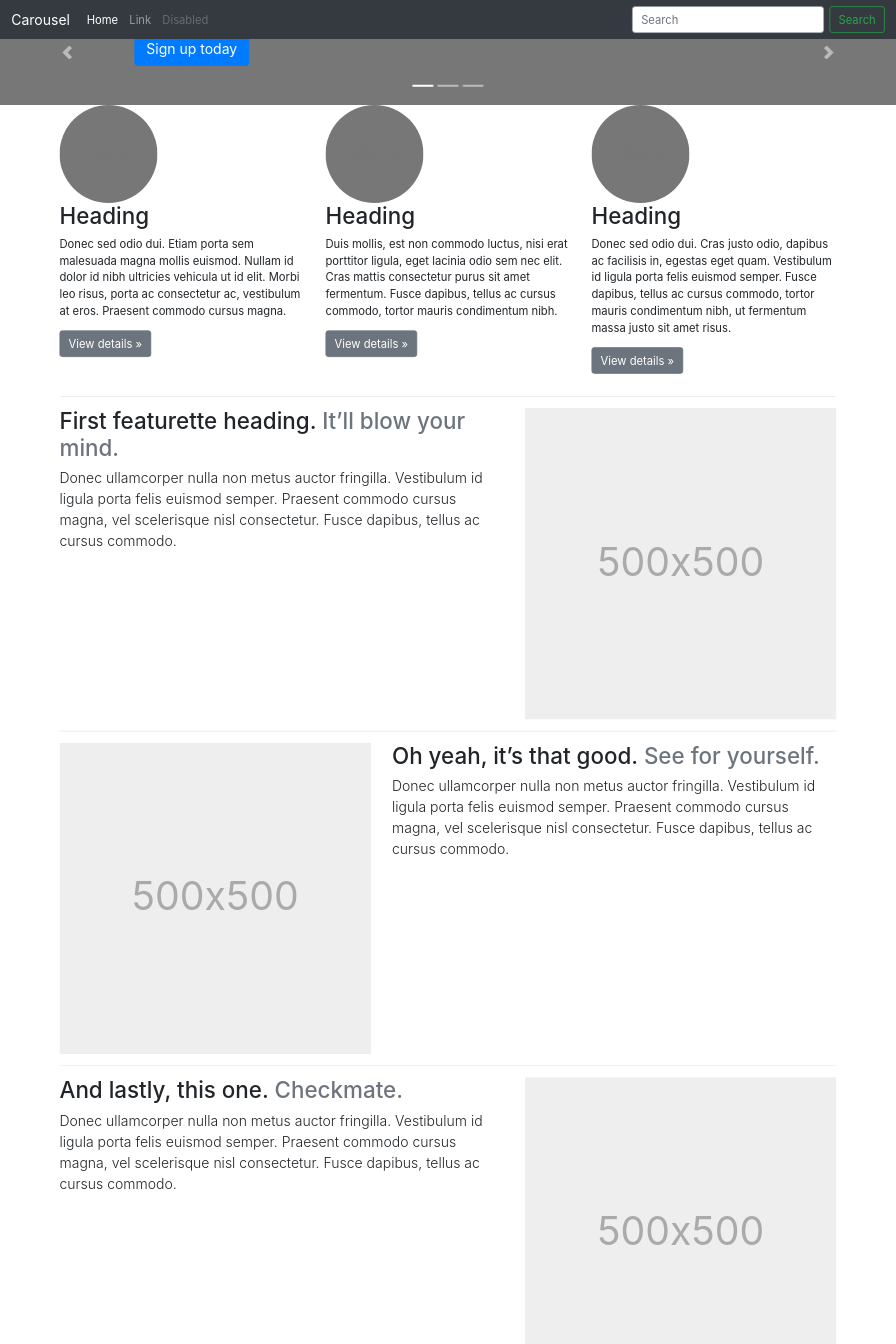
Repository: rokambol/bike-roots
Page: index.html
The author's editor kept a record of every edit. The page is drawn from the files as they stood at one moment, then again after the next edit.
The browser window is 1280 px wide. The pictures show the part of the page from y = 0 to 1920 px (the page is 2057 px tall before and 3139 px after), at 70% of full size.

Above is the page before.
Console error: TypeError: Cannot read properties of undefined (reading 'fn')
Not found: carousel.css

### index.html

<!doctype html>
<html lang="en">
  <head>
    <meta charset="utf-8">
    <meta name="viewport" content="width=device-width, initial-scale=1, shrink-to-fit=no">
    <meta name="description" content="">
    <meta name="author" content="Mark Otto, Jacob Thornton, and Bootstrap contributors">
    <meta name="generator" content="Jekyll v3.8.5">
    <title>Carousel Template · Bootstrap</title>



    <!-- Bootstrap core CSS -->
<link href="https://stackpath.bootstrapcdn.com/bootstrap/4.3.1/css/bootstrap.min.css" rel="stylesheet" integrity="sha384-ggOyR0iXCbMQv3Xipma34MD+dH/1fQ784/j6cY/iJTQUOhcWr7x9JvoRxT2MZw1T" crossorigin="anonymous">


    <style>
      .bd-placeholder-img {
        font-size: 1.125rem;
        text-anchor: middle;
        -webkit-user-select: none;
        -moz-user-select: none;
        -ms-user-select: none;
        user-select: none;
      }

      @media (min-width: 768px) {
        .bd-placeholder-img-lg {
          font-size: 3.5rem;
        }
      }
    </style>
    <!-- Custom styles for this template -->
    <link href="carousel.css" rel="stylesheet">
  </head>
  <body>
    <header>
  <nav class="navbar navbar-expand-md navbar-dark fixed-top bg-dark">
    <a class="navbar-brand" href="#">Carousel</a>
    <button class="navbar-toggler" type="button" data-toggle="collapse" data-target="#navbarCollapse" aria-controls="navbarCollapse" aria-expanded="false" aria-label="Toggle navigation">
      <span class="navbar-toggler-icon"></span>
    </button>
    <div class="collapse navbar-collapse" id="navbarCollapse">
      <ul class="navbar-nav mr-auto">
        <li class="nav-item active">
          <a class="nav-link" href="#">Home <span class="sr-only">(current)</span></a>
        </li>
        <li class="nav-item">
          <a class="nav-link" href="#">Link</a>
        </li>
        <li class="nav-item">
          <a class="nav-link disabled" href="#">Disabled</a>
        </li>
      </ul>
      <form class="form-inline mt-2 mt-md-0">
        <input class="form-control mr-sm-2" type="text" placeholder="Search" aria-label="Search">
        <button class="btn btn-outline-success my-2 my-sm-0" type="submit">Search</button>
      </form>
    </div>
  </nav>
</header>

<main role="main">

  <div id="myCarousel" class="carousel slide" data-ride="carousel">
    <ol class="carousel-indicators">
      <li data-target="#myCarousel" data-slide-to="0" class="active"></li>
      <li data-target="#myCarousel" data-slide-to="1"></li>
      <li data-target="#myCarousel" data-slide-to="2"></li>
    </ol>
    <div class="carousel-inner">
      <div class="carousel-item active">
        <svg class="bd-placeholder-img" width="100%" height="100%" xmlns="http://www.w3.org/2000/svg" preserveAspectRatio="xMidYMid slice" focusable="false" role="img"><rect width="100%" height="100%" fill="#777"/></svg>
        <div class="container">
          <div class="carousel-caption text-left">
            <h1>Example headline.</h1>
            <p>Cras justo odio, dapibus ac facilisis in, egestas eget quam. Donec id elit non mi porta gravida at eget metus. Nullam id dolor id nibh ultricies vehicula ut id elit.</p>
            <p><a class="btn btn-lg btn-primary" href="#" role="button">Sign up today</a></p>
          </div>
        </div>
      </div>
      <div class="carousel-item">
        <svg class="bd-placeholder-img" width="100%" height="100%" xmlns="http://www.w3.org/2000/svg" preserveAspectRatio="xMidYMid slice" focusable="false" role="img"><rect width="100%" height="100%" fill="#777"/></svg>
        <div class="container">
          <div class="carousel-caption">
            <h1>Another example headline.</h1>
            <p>Cras justo odio, dapibus ac facilisis in, egestas eget quam. Donec id elit non mi porta gravida at eget metus. Nullam id dolor id nibh ultricies vehicula ut id elit.</p>
            <p><a class="btn btn-lg btn-primary" href="#" role="button">Learn more</a></p>
          </div>
        </div>
      </div>
      <div class="carousel-item">
        <svg class="bd-placeholder-img" width="100%" height="100%" xmlns="http://www.w3.org/2000/svg" preserveAspectRatio="xMidYMid slice" focusable="false" role="img"><rect width="100%" height="100%" fill="#777"/></svg>
        <div class="container">
          <div class="carousel-caption text-right">
            <h1>One more for good measure.</h1>
            <p>Cras justo odio, dapibus ac facilisis in, egestas eget quam. Donec id elit non mi porta gravida at eget metus. Nullam id dolor id nibh ultricies vehicula ut id elit.</p>
            <p><a class="btn btn-lg btn-primary" href="#" role="button">Browse gallery</a></p>
          </div>
        </div>
      </div>
    </div>
    <a class="carousel-control-prev" href="#myCarousel" role="button" data-slide="prev">
      <span class="carousel-control-prev-icon" aria-hidden="true"></span>
      <span class="sr-only">Previous</span>
    </a>
    <a class="carousel-control-next" href="#myCarousel" role="button" data-slide="next">
      <span class="carousel-control-next-icon" aria-hidden="true"></span>
      <span class="sr-only">Next</span>
    </a>
  </div>


  <!-- Marketing messaging and featurettes
  ================================================== -->
  <!-- Wrap the rest of the page in another container to center all the content. -->

  <div class="container marketing">

    <!-- Three columns of text below the carousel -->
    <div class="row">
      <div class="col-lg-4">
        <svg class="bd-placeholder-img rounded-circle" width="140" height="140" xmlns="http://www.w3.org/2000/svg" preserveAspectRatio="xMidYMid slice" focusable="false" role="img" aria-label="Placeholder: 140x140"><title>Placeholder</title><rect width="100%" height="100%" fill="#777"/><text x="50%" y="50%" fill="#777" dy=".3em">140x140</text></svg>
        <h2>Heading</h2>
        <p>Donec sed odio dui. Etiam porta sem malesuada magna mollis euismod. Nullam id dolor id nibh ultricies vehicula ut id elit. Morbi leo risus, porta ac consectetur ac, vestibulum at eros. Praesent commodo cursus magna.</p>
        <p><a class="btn btn-secondary" href="#" role="button">View details &raquo;</a></p>
      </div><!-- /.col-lg-4 -->
      <div class="col-lg-4">
        <svg class="bd-placeholder-img rounded-circle" width="140" height="140" xmlns="http://www.w3.org/2000/svg" preserveAspectRatio="xMidYMid slice" focusable="false" role="img" aria-label="Placeholder: 140x140"><title>Placeholder</title><rect width="100%" height="100%" fill="#777"/><text x="50%" y="50%" fill="#777" dy=".3em">140x140</text></svg>
        <h2>Heading</h2>
        <p>Duis mollis, est non commodo luctus, nisi erat porttitor ligula, eget lacinia odio sem nec elit. Cras mattis consectetur purus sit amet fermentum. Fusce dapibus, tellus ac cursus commodo, tortor mauris condimentum nibh.</p>
        <p><a class="btn btn-secondary" href="#" role="button">View details &raquo;</a></p>
      </div><!-- /.col-lg-4 -->
      <div class="col-lg-4">
        <svg class="bd-placeholder-img rounded-circle" width="140" height="140" xmlns="http://www.w3.org/2000/svg" preserveAspectRatio="xMidYMid slice" focusable="false" role="img" aria-label="Placeholder: 140x140"><title>Placeholder</title><rect width="100%" height="100%" fill="#777"/><text x="50%" y="50%" fill="#777" dy=".3em">140x140</text></svg>
        <h2>Heading</h2>
        <p>Donec sed odio dui. Cras justo odio, dapibus ac facilisis in, egestas eget quam. Vestibulum id ligula porta felis euismod semper. Fusce dapibus, tellus ac cursus commodo, tortor mauris condimentum nibh, ut fermentum massa justo sit amet risus.</p>
        <p><a class="btn btn-secondary" href="#" role="button">View details &raquo;</a></p>
      </div><!-- /.col-lg-4 -->
    </div><!-- /.row -->


    <!-- START THE FEATURETTES -->

    <hr class="featurette-divider">

    <div class="row featurette">
      <div class="col-md-7">
        <h2 class="featurette-heading">First featurette heading. <span class="text-muted">It’ll blow your mind.</span></h2>
        <p class="lead">Donec ullamcorper nulla non metus auctor fringilla. Vestibulum id ligula porta felis euismod semper. Praesent commodo cursus magna, vel scelerisque nisl consectetur. Fusce dapibus, tellus ac cursus commodo.</p>
      </div>
      <div class="col-md-5">
        <svg class="bd-placeholder-img bd-placeholder-img-lg featurette-image img-fluid mx-auto" width="500" height="500" xmlns="http://www.w3.org/2000/svg" preserveAspectRatio="xMidYMid slice" focusable="false" role="img" aria-label="Placeholder: 500x500"><title>Placeholder</title><rect width="100%" height="100%" fill="#eee"/><text x="50%" y="50%" fill="#aaa" dy=".3em">500x500</text></svg>
      </div>
    </div>

    <hr class="featurette-divider">

    <div class="row featurette">
      <div class="col-md-7 order-md-2">
        <h2 class="featurette-heading">Oh yeah, it’s that good. <span class="text-muted">See for yourself.</span></h2>
        <p class="lead">Donec ullamcorper nulla non metus auctor fringilla. Vestibulum id ligula porta felis euismod semper. Praesent commodo cursus magna, vel scelerisque nisl consectetur. Fusce dapibus, tellus ac cursus commodo.</p>
      </div>
      <div class="col-md-5 order-md-1">
        <svg class="bd-placeholder-img bd-placeholder-img-lg featurette-image img-fluid mx-auto" width="500" height="500" xmlns="http://www.w3.org/2000/svg" preserveAspectRatio="xMidYMid slice" focusable="false" role="img" aria-label="Placeholder: 500x500"><title>Placeholder</title><rect width="100%" height="100%" fill="#eee"/><text x="50%" y="50%" fill="#aaa" dy=".3em">500x500</text></svg>
      </div>
    </div>

    <hr class="featurette-divider">

    <div class="row featurette">
      <div class="col-md-7">
        <h2 class="featurette-heading">And lastly, this one. <span class="text-muted">Checkmate.</span></h2>
        <p class="lead">Donec ullamcorper nulla non metus auctor fringilla. Vestibulum id ligula porta felis euismod semper. Praesent commodo cursus magna, vel scelerisque nisl consectetur. Fusce dapibus, tellus ac cursus commodo.</p>
      </div>
      <div class="col-md-5">
        <svg class="bd-placeholder-img bd-placeholder-img-lg featurette-image img-fluid mx-auto" width="500" height="500" xmlns="http://www.w3.org/2000/svg" preserveAspectRatio="xMidYMid slice" focusable="false" role="img" aria-label="Placeholder: 500x500"><title>Placeholder</title><rect width="100%" height="100%" fill="#eee"/><text x="50%" y="50%" fill="#aaa" dy=".3em">500x500</text></svg>
      </div>
    </div>

    <hr class="featurette-divider">

    <!-- /END THE FEATURETTES -->

  </div><!-- /.container -->


  <!-- FOOTER -->
  <footer class="container">
    <p class="float-right"><a href="#">Back to top</a></p>
    <p>&copy; 2017-2019 Company, Inc. &middot; <a href="#">Privacy</a> &middot; <a href="#">Terms</a></p>
  </footer>
</main>
<script type="text/javascript" src="https://stackpath.bootstrapcdn.com/bootstrap/4.3.1/js/bootstrap.min.js"></script>
<script src="https://code.jquery.com/jquery-3.3.1.slim.min.js" integrity="sha384-q8i/X+965DzO0rT7abK41JStQIAqVgRVzpbzo5smXKp4YfRvH+8abtTE1Pi6jizo" crossorigin="anonymous"></script>
<script src="https://cdnjs.cloudflare.com/ajax/libs/popper.js/1.14.7/umd/popper.min.js" integrity="sha384-UO2eT0CpHqdSJQ6hJty5KVphtPhzWj9WO1clHTMGa3JDZwrnQq4sF86dIHNDz0W1" crossorigin="anonymous"></script>
</body>
</html>

### css/custom.css
/* GLOBAL STYLES
-------------------------------------------------- */
/* Padding below the footer and lighter body text */

body {
  padding-top: 3rem;
  padding-bottom: 3rem;
  color: #5a5a5a;
}


/* CUSTOMIZE THE CAROUSEL
-------------------------------------------------- */

/* Carousel base class */
.carousel {
  margin-bottom: 4rem;
}
/* Since positioning the image, we need to help out the caption */
.carousel-caption {
  bottom: 3rem;
  z-index: 10;
}

/* Declare heights because of positioning of img element */
.carousel-item {
  height: 32rem;
}
.carousel-item > img {
  position: absolute;
  top: 0;
  left: 0;
  min-width: 100%;
  height: 32rem;
}


/* MARKETING CONTENT
-------------------------------------------------- */

/* Center align the text within the three columns below the carousel */
.marketing .col-lg-4 {
  margin-bottom: 1.5rem;
  text-align: center;
}
.marketing h2 {
  font-weight: 400;
}
.marketing .col-lg-4 p {
  margin-right: .75rem;
  margin-left: .75rem;
}


/* Featurettes
------------------------- */

.featurette-divider {
  margin: 5rem 0; /* Space out the Bootstrap <hr> more */
}

/* Thin out the marketing headings */
.featurette-heading {
  font-weight: 300;
  line-height: 1;
  letter-spacing: -.05rem;
}


/* RESPONSIVE CSS
-------------------------------------------------- */

@media (min-width: 40em) {
  /* Bump up size of carousel content */
  .carousel-caption p {
    margin-bottom: 1.25rem;
    font-size: 1.25rem;
    line-height: 1.4;
  }

  .featurette-heading {
    font-size: 50px;
  }
}

@media (min-width: 62em) {
  .featurette-heading {
    margin-top: 7rem;
  }
}

After the next edit:
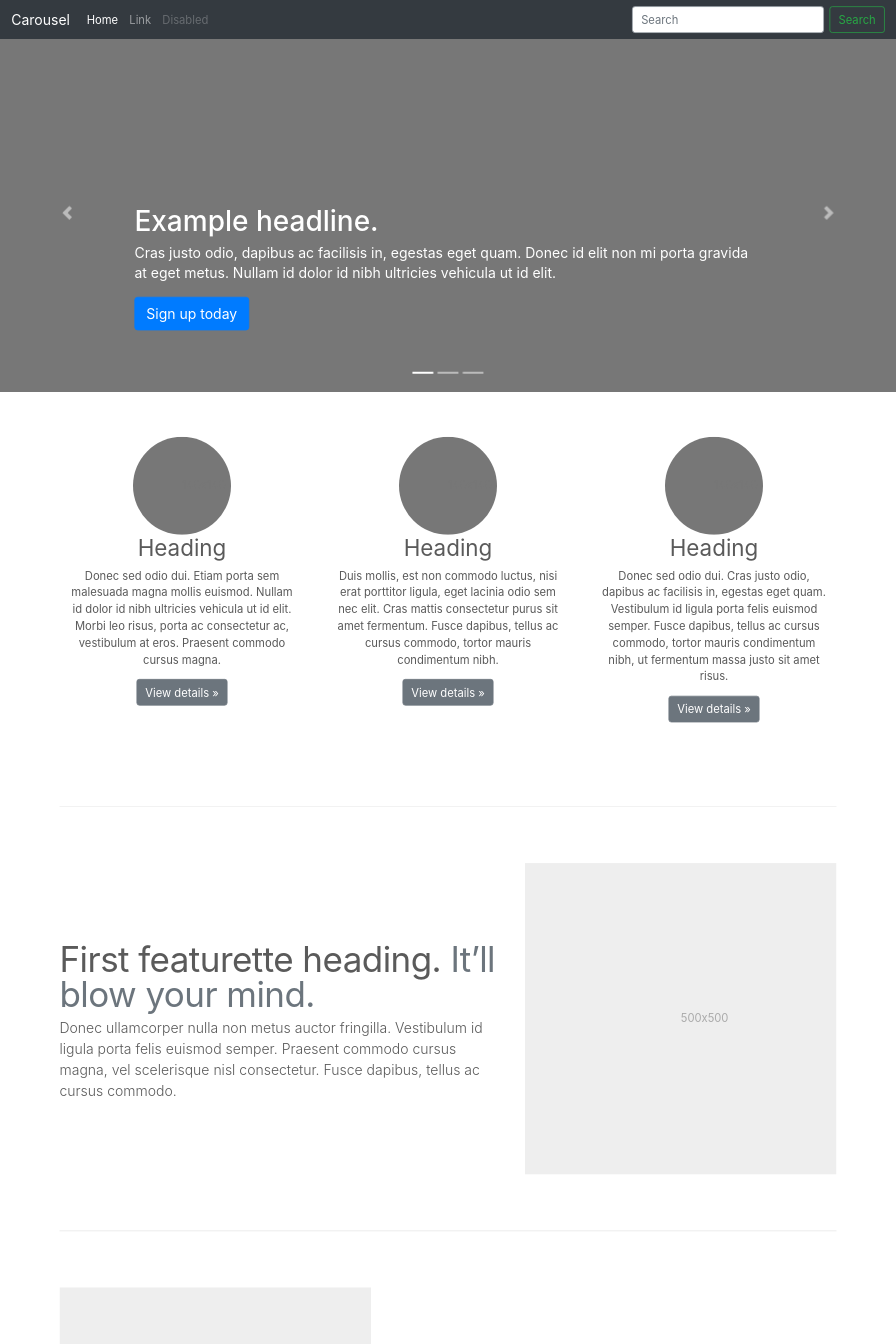
The edit:
--- a/index.html
+++ b/index.html
@@ -14,25 +14,9 @@
     <!-- Bootstrap core CSS -->
 <link href="https://stackpath.bootstrapcdn.com/bootstrap/4.3.1/css/bootstrap.min.css" rel="stylesheet" integrity="sha384-ggOyR0iXCbMQv3Xipma34MD+dH/1fQ784/j6cY/iJTQUOhcWr7x9JvoRxT2MZw1T" crossorigin="anonymous">
 
+<link href="css/custom.css" rel="stylesheet">
 
-    <style>
-      .bd-placeholder-img {
-        font-size: 1.125rem;
-        text-anchor: middle;
-        -webkit-user-select: none;
-        -moz-user-select: none;
-        -ms-user-select: none;
-        user-select: none;
-      }
 
-      @media (min-width: 768px) {
-        .bd-placeholder-img-lg {
-          font-size: 3.5rem;
-        }
-      }
-    </style>
-    <!-- Custom styles for this template -->
-    <link href="carousel.css" rel="stylesheet">
   </head>
   <body>
     <header>
